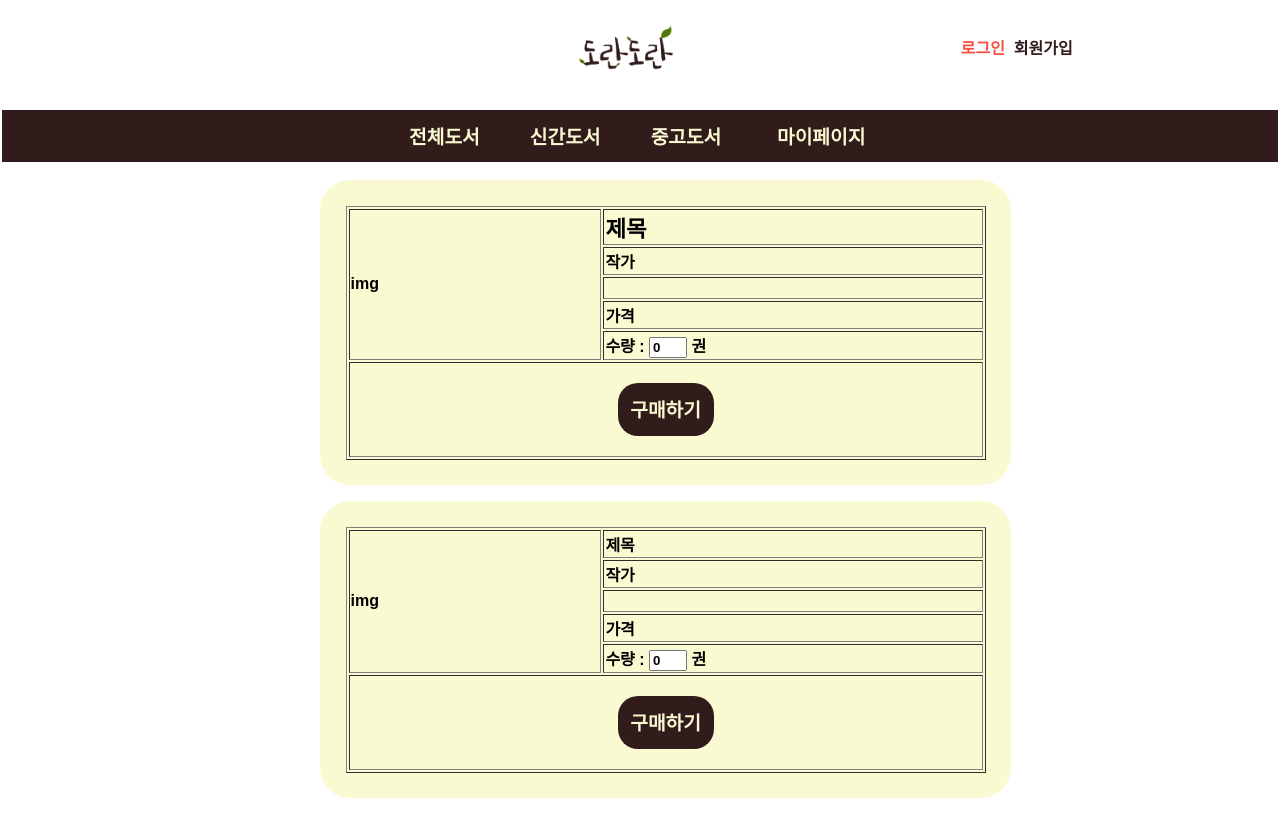
Repository: juhyun110701/DORANDORAN
Page: http://localhost/dorandoran/bookView.jsp
An editor plug-in stored every save of this project. The page is shown before and after the next save, followed by the edit.
The browser window is 1280 px wide. The pictures show the whole page.
Some web fonts or font styles are not loaded; a fallback is used. The page is served by Tomcat 9.

Above is the page before, as saved 2019-07-31 12:36:21.

After the next save:
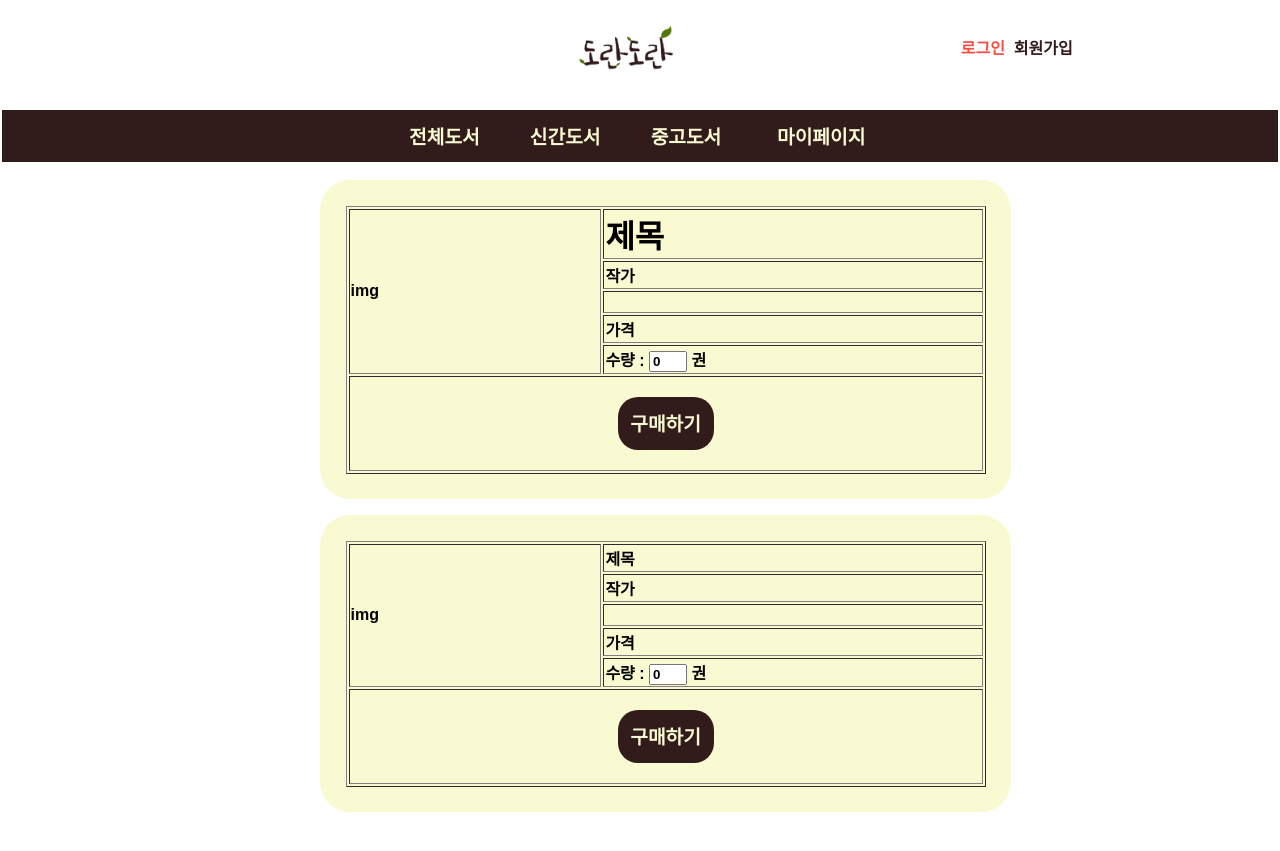
Saved 9 s later.
--- a/dorandoran/WebContent/css/bookView.css
+++ b/dorandoran/WebContent/css/bookView.css
@@ -39,5 +39,5 @@ a{
 
 
 #title{
-	font-size:140%;
+	font-size:200%;
 }
